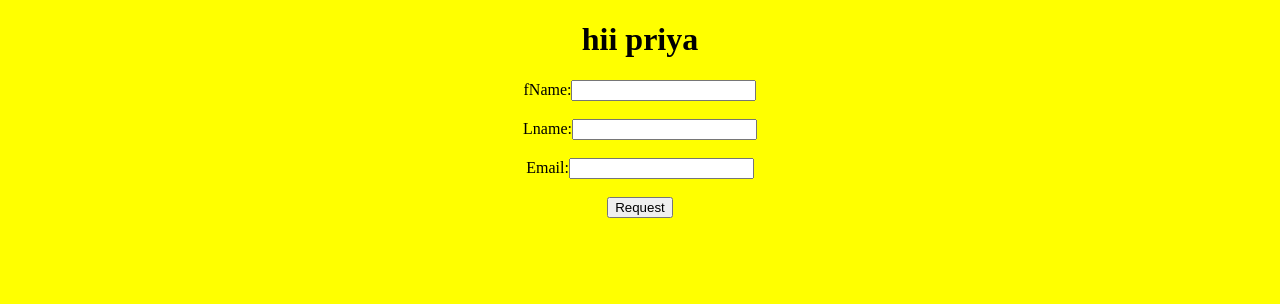
Repository: priyaadya/spring-practice-codes
Page: http://localhost/servletpractice/
An editor plug-in stored every save of this project. The page is shown before and after the next save, followed by the edit.
The browser window is 1280 px wide. The pictures show the whole page.
The page is served by Tomcat 9.

Above is the page before, as saved 2023-05-28 16:21:51.

After the next save:
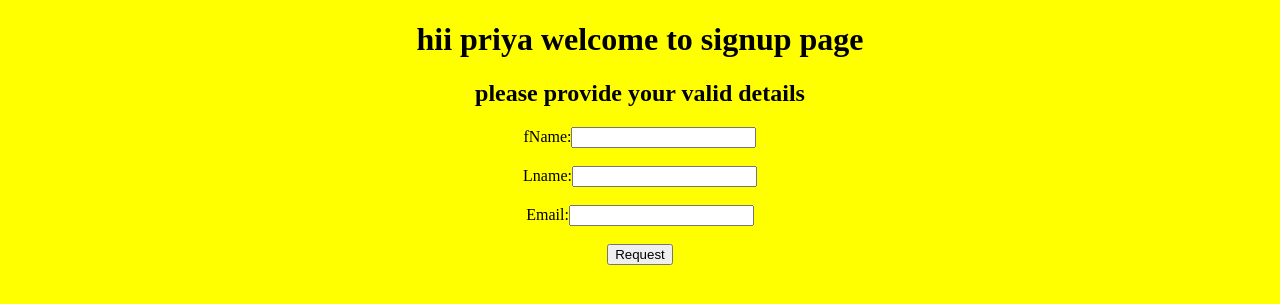
Saved 5 min 53 s later.
--- a/servletpractice/src/main/webapp/index.jsp
+++ b/servletpractice/src/main/webapp/index.jsp
@@ -7,7 +7,8 @@
 <title>Insert title here</title>
 </head>
 <body bgcolor="yellow" text align="center">
-<h1>hii priya</h1>
+<h1>hii priya welcome to signup page</h1>
+<h2>please provide your valid details</h2>
 <form action="fs" method="post">
 fName:<input type="text" name="fnm"><br><br>
 Lname:<input type="text" name="lnm"><br><br>
